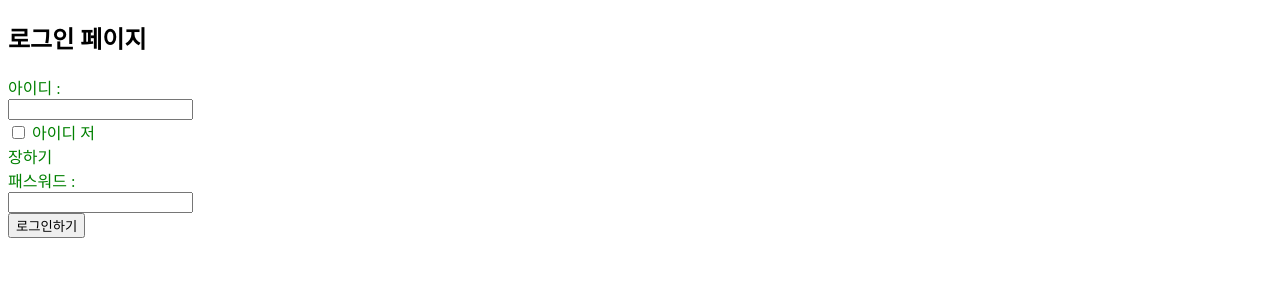
Repository: Park-Dongheon/Servlet-JSP_Training
Page: http://localhost/MustHaveJSP/05JDBC/IdSaveMain.jsp
These files come from the project's save history. The page is drawn as it stood at one moment and after the next save; the edit follows.
The browser window is 1280 px wide. The pictures show the whole page.
The page is served by Tomcat 10. Other server files are loaded and not shown.

Above is the page before, as saved 2024-06-13 07:33:24.

### MustHaveJSP/src/main/webapp/05JDBC/IdSaveMain.jsp
<%@ page import="utils.CookieManager" %>
<%@ page language="java" contentType="text/html; charset=UTF-8"
    pageEncoding="UTF-8"%>
<%
String loginId = CookieManager.readCookie(request, "loginId");

String cookieCheck = "";
if (!loginId.equals("")) {
	cookieCheck = "checked";
}
%>
<!DOCTYPE html>
<html>
<head>
<meta charset="UTF-8">
<title>Cookie - 아이디 저장하기</title>
<style>
	form {
		top:100px; left:100px; color:green;
		width:100px; height:100px; background-color:white;
	}
</style>
</head>
<body>
	<h2>로그인 페이지</h2>
	<form action="IdSaveProcess.jsp" method="post">
	아이디 : <input type="text" name="user_id" value="<%= loginId %>" />
		<input type="checkbox" name="save_check" value="Y" <%= cookieCheck %> />
		아이디 저장하기
	<br />
	패스워드 : <input type="text" name="user_pw" />
	<br />
	<input type="submit" value="로그인하기" />
	</form>
</body>
</html>

### MustHaveJSP/src/main/java/utils/CookieManager.java
package utils;

import jakarta.servlet.http.Cookie;
import jakarta.servlet.http.HttpServletRequest;
import jakarta.servlet.http.HttpServletResponse;

public class CookieManager {
	// 명시한 이름, 값, 유지 기간 조건으로 새로운 쿠키를 생성합니다.
	public static void makeCookie(HttpServletResponse response, String cName, String cValue, int cTime) {
		Cookie cookie = new Cookie(cName, cValue);		// 쿠키 생성
		cookie.setPath("/");			// 경로 설정
		cookie.setMaxAge(cTime);		// 유지 기간 설정
		response.addCookie(cookie);		// 응답 객체에 추가
	}

	// 명시한 이름의 쿠키를 찾아 그 값을 반환합니다.
	public static String readCookie(HttpServletRequest request, String cName) {
		String cookieValue = "";		// 반환 값

		Cookie[] cookies = request.getCookies();
		if (cookies != null) {
			for (Cookie c : cookies) {
				String cookieName = c.getName();
				if (cookieName.equals(cName)) {
					cookieValue = c.getValue();		// 반환 값 갱신
				}
			}
		}
		return cookieValue;
	}

	// 명시한 이름의 쿠키를 삭제합니다.
	public static void deleteCookie(HttpServletResponse response, String cName) {
		makeCookie(response, cName, "", 0);
	}

}

After the next save:
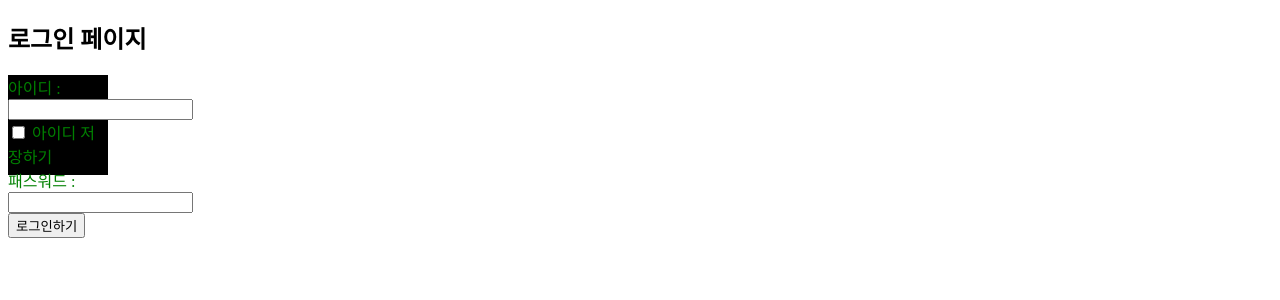
Saved 20 s later.
--- a/MustHaveJSP/src/main/webapp/05JDBC/IdSaveMain.jsp
+++ b/MustHaveJSP/src/main/webapp/05JDBC/IdSaveMain.jsp
@@ -17,7 +17,7 @@ if (!loginId.equals("")) {
 <style>
 	form {
 		top:100px; left:100px; color:green;
-		width:100px; height:100px; background-color:white;
+		width:100px; height:100px; background-color:black;
 	}
 </style>
 </head>
